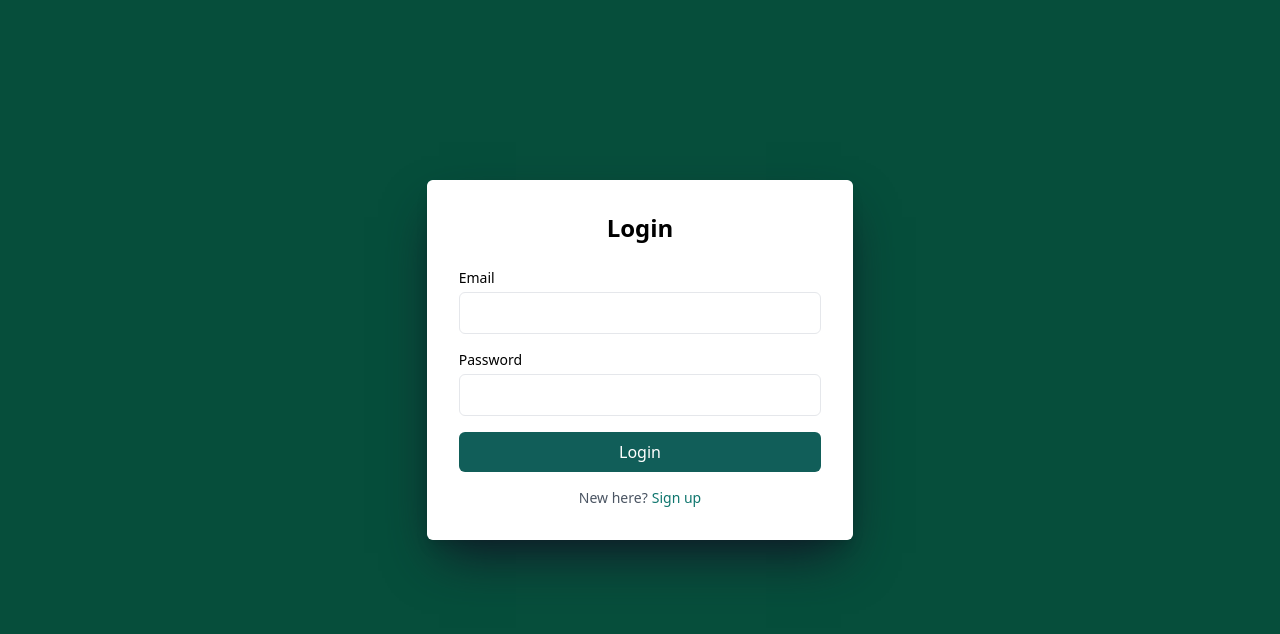
Repository: alizey12/POS-React-website
Page: /
The author's editor kept a copy of each file at every save. The page is drawn from the files as they stood at one save, then again after the next save.
The browser window is 1280 px wide. The pictures show the whole page.
The project was rebuilt for these pictures with package versions that can differ from the ones it lists, and the page was loaded fresh each time. Also part of the build but not shown: vite.config.js, src/navbar.jsx, src/sidebar.jsx, src/Dashboard.jsx.

Above is the page before, as saved 2024-12-31 15:39:59.

After the next save:
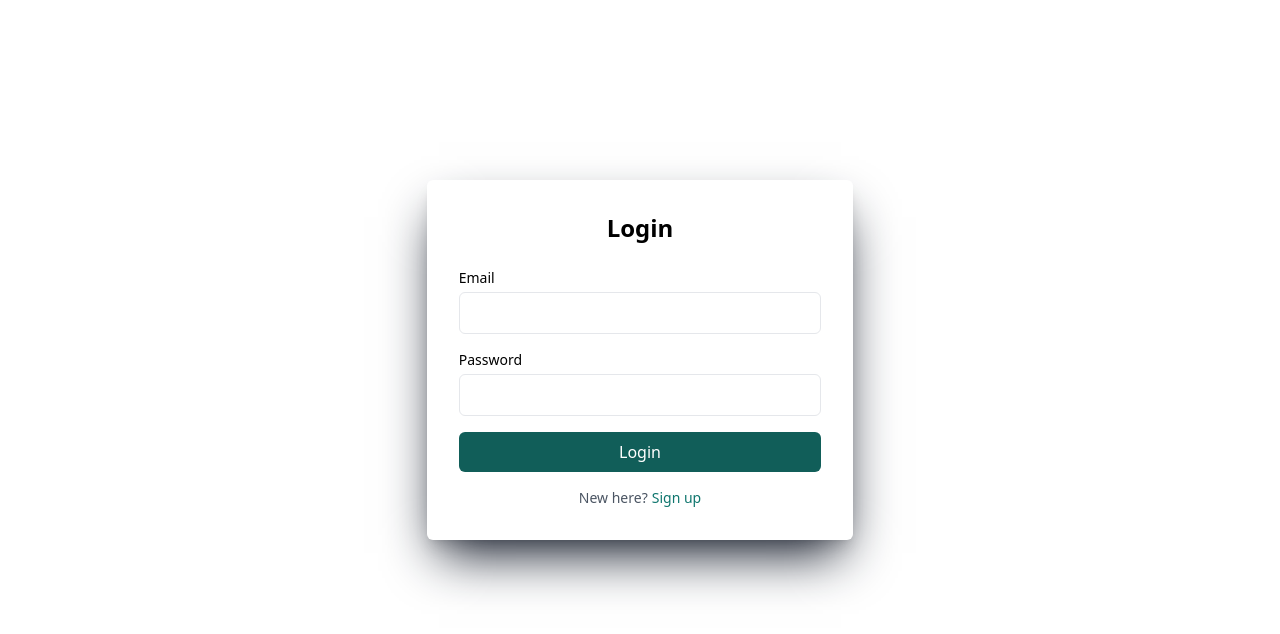
Saved 6 s later.
--- a/src/login.jsx
+++ b/src/login.jsx
@@ -53,7 +53,7 @@ const SignupLogin = () => {
   };
 
   return (
-    <div className="flex items-center justify-center min-h-screen bg-emerald-900 to-yellow-500">
+    <div className="flex items-center justify-center min-h-screen bg to-yellow-500">
       <div className=" bg-white w-1/3 shadow-lg rounded-lg">
 
         <div className="w-full bg-white rounded-md shadow-gray-900 shadow-2xl p-8 justify-center">
